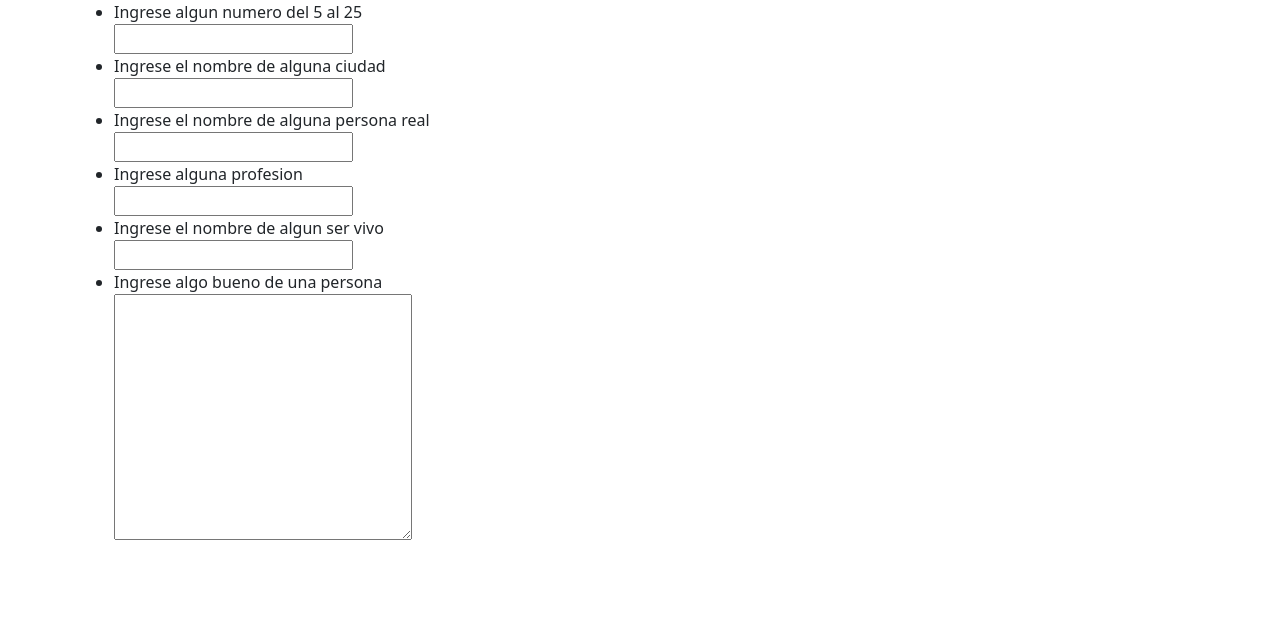
Repository: fanoneytor/condingDojo-JavaSpring
Page: http://localhost/Omikuji/WEB-INF/index.jsp
The author's editor kept a copy of each file at every save. The page is drawn from the files as they stood at one save, then again after the next save.
The browser window is 1280 px wide. The pictures show the whole page.
The page is served by Tomcat 9. Nobody is signed in. Other server files are loaded and not shown. The template is opened directly, without the code that normally fills it, so the values that code supplies are empty.

Above is the page before, as saved 2023-03-12 17:23:17.

### workspace/Omikuji/src/main/webapp/WEB-INF/index.jsp
<%@ page language="java" contentType="text/html; charset=UTF-8"
    pageEncoding="UTF-8"%>
<%@ taglib prefix = "c" uri = "http://java.sun.com/jsp/jstl/core" %>
<!DOCTYPE html>
<html>
<head>
<meta charset="UTF-8">
<title>Omikuji</title>
<link href="https://cdn.jsdelivr.net/npm/bootstrap@5.0.2/dist/css/bootstrap.min.css" rel="stylesheet" integrity="sha384-EVSTQN3/azprG1Anm3QDgpJLIm9Nao0Yz1ztcQTwFspd3yD65VohhpuuCOmLASjC" crossorigin="anonymous">
</head>
<body>
	<div class="container">
		<div class="row">
			<div class="col-4">
				<form action="">
					<ul>
						<li>
							<label for="numero">Ingrese algun numero del 5 al 25</label>
							<input type="number" />
						</li>
						<li>
							<label for="nombreCiudad">Ingrese el nombre de alguna ciudad</label>
							<input type="text" />
						</li>
						<li>
							<label for="nombre">Ingrese el nombre de alguna persona real</label>
							<input type="text" />
						</li>
						<li>
							<label for="profesion">Ingrese alguna profesion</label>
							<input type="text" />
						</li>
						<li>
							<label for="serVivo">Ingrese el nombre de algun ser vivo</label>
							<input type="text" />
						</li>
						<li>
							<label for="algoBueno">Ingrese algo bueno de una persona</label>
							<textarea name="algoBueno" id="algoBueno" cols="30" rows="10"></textarea>
						</li>
					</ul>
				</form>
			</div>
		</div>
	</div>

</body>
</html>

After the next save:
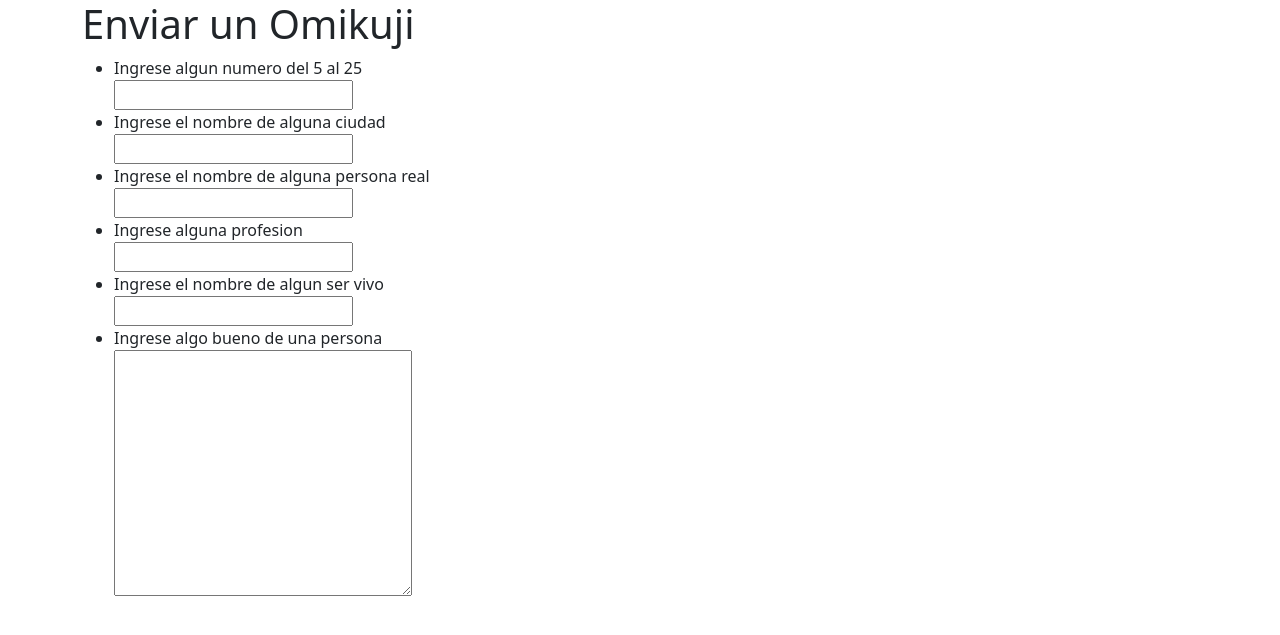
Saved 22 s later.
--- a/workspace/Omikuji/src/main/webapp/WEB-INF/index.jsp
+++ b/workspace/Omikuji/src/main/webapp/WEB-INF/index.jsp
@@ -12,6 +12,7 @@
 	<div class="container">
 		<div class="row">
 			<div class="col-4">
+				<h1>Enviar un Omikuji</h1>
 				<form action="">
 					<ul>
 						<li>
